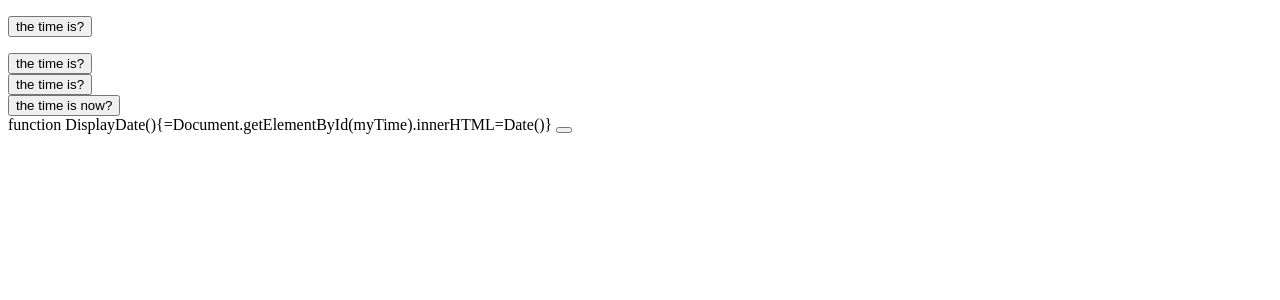
Repository: Dauddaniel/my-clock
Page: Bulb/Event.html
An editor plug-in stored every save of this project. The page is shown before and after the next save, followed by the edit.
The browser window is 1280 px wide. The pictures show the whole page.

Above is the page before, as saved 2023-05-18 08:15:49.

After the next save:
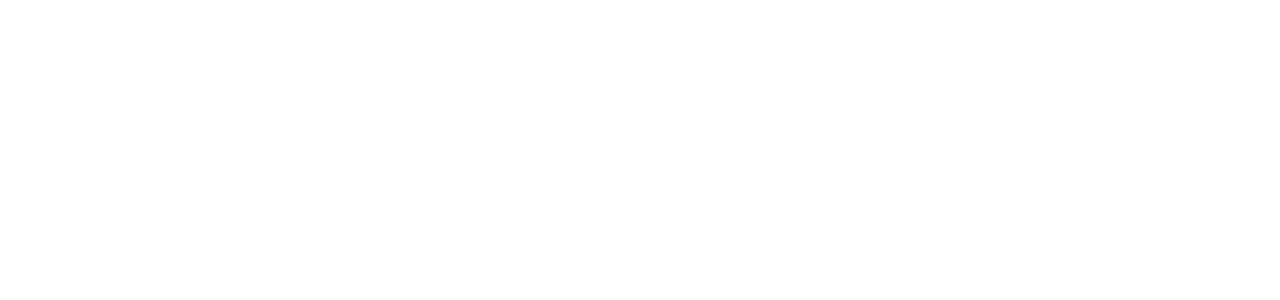
Console error: SyntaxError: Unexpected token '<'
Saved 6 s later.
--- a/Bulb/Event.html
+++ b/Bulb/Event.html
@@ -8,7 +8,7 @@
 </head>
 <body>
     <p id="myTime"></p>
-    <script></script>
+    <script>
 
     <button onclick="document.getElementById (demo).innerHTML=date()"> the time is?</button><br>
 

After the save that followed:
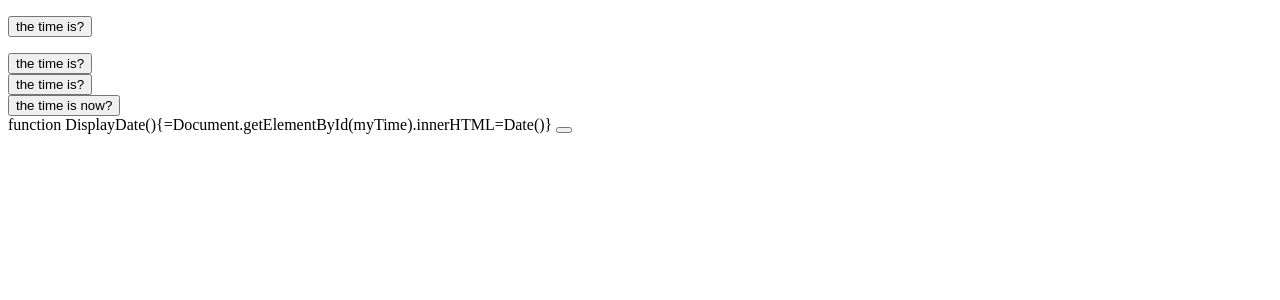
The error is gone.
Saved 17 s later.
--- a/Bulb/Event.html
+++ b/Bulb/Event.html
@@ -8,7 +8,6 @@
 </head>
 <body>
     <p id="myTime"></p>
-    <script>
 
     <button onclick="document.getElementById (demo).innerHTML=date()"> the time is?</button><br>
 
